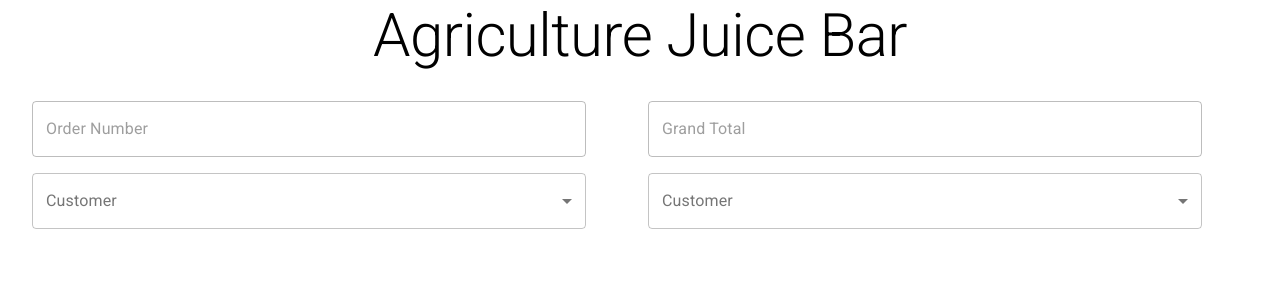
Repository: CydexCode/JuiceBarApplication
Page: / (app in restaurant-app/)
An editor plug-in stored every save of this project. The page is shown before and after the next save, followed by the edit.
The browser window is 1280 px wide. The pictures show the whole page.
The project was rebuilt for these pictures with package versions that can differ from the ones it lists, and the page was loaded fresh each time. Also part of the build but not shown: restaurant-app/src/App.css.

Above is the page before, as saved 2024-02-03 11:34:05.

After the next save:
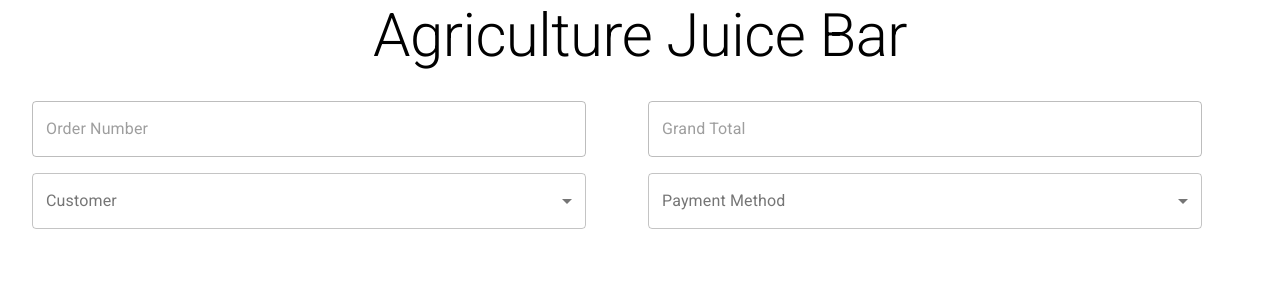
Saved 9 s later.
--- a/restaurant-app/src/components/Order/OrderForm.js
+++ b/restaurant-app/src/components/Order/OrderForm.js
@@ -36,7 +36,7 @@ export default function OrderForm() {
           name="gTotal"
         />
           <Select
-              label="Customer"
+              label="Payment Method"
                name="customerId"
                options = {[
                 {id:0, title : 'Select'},
